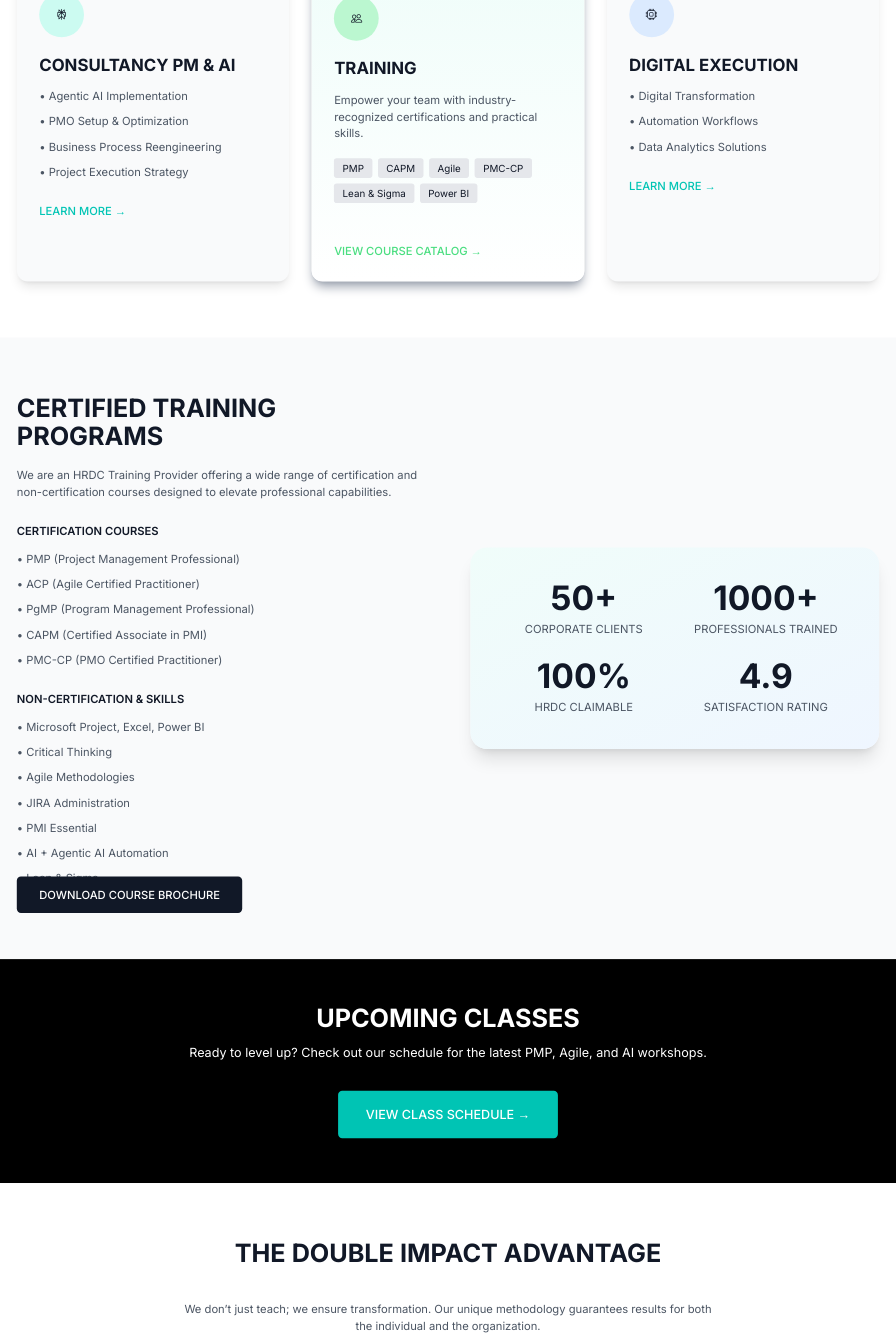
Repository: hsuntariq/web-pages
Page: impact/index.html
These files come from the project's save history. The page is drawn as it stood at one moment and after the next save; the edit follows.
The browser window is 1280 px wide. The pictures show the part of the page from y = 883 to 2803 px (the page is 4097 px tall), at 70% of full size.
Some web libraries are served in a nearby version.

Above is the page before, as saved 2025-12-28 20:31:32.

### impact/index.html
<!DOCTYPE html>
<html lang="en" class="scroll-smooth">
  <head>
    <meta charset="UTF-8" />
    <meta name="viewport" content="width=device-width, initial-scale=1.0" />
    <title>
      Impact Through Execution – HRDC Certified Training Provider Malaysia
    </title>
    <meta
      name="description"
      content="HRDC certified training provider offering PMP, CAPM, Agile, AI in PM, and digital transformation courses in Malaysia. Consultancy, corporate training, and execution solutions."
    />
    <link
      rel="stylesheet"
      href="https://cdn.jsdelivr.net/npm/bootstrap-icons@1.13.1/font/bootstrap-icons.min.css"
    />
    <script src="https://cdn.tailwindcss.com"></script>
    <script>
      tailwind.config = {
        theme: {
          extend: {
            colors: {
              primary: "#00C4B4", // teal for buttons
              accent: "#122F87", // dark blue for accents
            },
          },
        },
      };
    </script>
    <link
      href="https://fonts.googleapis.com/css2?family=Inter:wght@400;500;600;700;800&display=swap"
      rel="stylesheet"
    />
    <style>
      body {
        font-family: "Inter", sans-serif;
      }
    </style>
  </head>
  <body class="bg-white text-gray-900">
    <!-- Navigation -->
    <header class="fixed top-0 left-0 right-0 bg-white shadow-md z-50">
      <nav
        class="max-w-7xl mx-auto px-6 py-4 flex items-center justify-between"
      >
        <div class="text-2xl font-bold text-accent">IMPACT</div>
        <div class="hidden md:flex space-x-8 text-sm font-medium">
          <a href="#services" class="hover:text-primary transition">SERVICES</a>
          <a href="#training" class="hover:text-primary transition">TRAINING</a>
          <a href="#about" class="hover:text-primary transition">ABOUT</a>
          <a href="#contact" class="hover:text-primary transition">CONTACT</a>
        </div>
        <a
          href="#"
          class="bg-primary text-white px-6 py-3 rounded-md font-medium hover:bg-primary/90 transition"
          >GET STARTED</a
        >
      </nav>
    </header>

    <!-- Hero Section -->
    <section class="pt-24 pb-16 bg-gray-50">
      <div
        class="max-w-7xl mx-auto px-6 grid lg:grid-cols-2 gap-12 items-center"
      >
        <div>
          <img
            src="https://precisionwellness.my/wp-content/uploads/2025/06/HRDC_Claimable_Registered_Training_Provider_Logos-scaled.webp"
            alt="HRDC Certified Training Provider"
            class="h-12 mb-6"
          />
          <h1
            class="text-5xl md:text-6xl font-bold text-gray-900 leading-tight"
          >
            IMPACT<br />
            <span
              class="bg-gradient-to-r text-transparent from-teal-500 bg-clip-text to-green-400"
            >
              THROUGH
            </span>
            <br />EXECUTION
          </h1>
          <p
            class="text-lg text-gray-600 border border-l-3 border-teal-400 border-2 border-t-0 border-b-0 border-e-0 ps-5 mt-6 mb-8"
          >
            We bring value that has strong impact to the organization &
            individual through Consultancy, Training, and Digital Execution.
          </p>
          <div class="flex flex-col sm:flex-row gap-4">
            <a
              href="#"
              class="bg-primary text-white px-8 py-4 rounded-md font-medium hover:bg-primary/90 transition"
              >OUR SERVICES</a
            >
            <a
              href="#"
              class="border border-gray-900 text-gray-900 px-8 py-4 rounded-md font-medium hover:bg-gray-900 hover:text-white transition"
              >CONTACT US</a
            >
          </div>
        </div>
        <div class="relative">
          <img
            src="./hero.PNG"
            alt="Agentic AI transforming project management"
            class="rounded-2xl shadow-2xl w-full"
          />
          <!-- <div
            class="absolute top-4 right-4 bg-black text-white px-4 py-2 rounded-md text-sm font-medium"
          >
            AGENTIC AI
          </div> -->
          <!-- <div
            class="absolute bottom-4 left-4 bg-black text-white px-6 py-3 rounded-md font-medium"
          >
            PMO EXPERT<br />Delivering project delivery excellence
          </div> -->
        </div>
      </div>
    </section>

    <!-- Core Capabilities -->
    <section class="py-20 bg-white">
      <div class="max-w-7xl mx-auto px-6">
        <div
          class="grid grid-cols-1 md:grid-cols-2 justify-between items-center"
        >
          <h2 class="text-4xl font-bold text-left mb-12">CORE CAPABILITIES</h2>
          <p class="text-left text-gray-600 mb-16 w-full md:w-1/2 mx-auto">
            Comprehensive solutions designed to transform your business
            operations and empower your workforce.
          </p>
        </div>
        <div class="grid grid-cols-1 md:grid-cols-3 gap-8">
          <!-- Consultancy PM & AI -->
          <div class="bg-gray-50 rounded-2xl p-8 shadow-lg">
            <div
              class="bg-teal-100 w-16 flex justify-center items-center h-16 rounded-full mb-6"
            >
              <i class="bi bi-perplexity"></i>
            </div>
            <h3 class="text-2xl font-bold mb-4">CONSULTANCY PM & AI</h3>
            <ul class="space-y-3 text-gray-600">
              <li>• Agentic AI Implementation</li>
              <li>• PMO Setup & Optimization</li>
              <li>• Business Process Reengineering</li>
              <li>• Project Execution Strategy</li>
            </ul>
            <a
              href="#"
              class="mt-8 inline-block text-primary font-medium hover:underline"
              >LEARN MORE →</a
            >
          </div>
          <!-- Training -->
          <div
            class="bg-gradient-to-b from-teal-50 to-white rounded-2xl shadow-2xl shadow-gray-400 border-e-0 border-s-0 border-b-0 border-[5px] p-8 shadow-lg border border-green-400"
          >
            <div
              class="bg-green-200 w-16 flex justify-center items-center h-16 rounded-full mb-6"
            >
              <i class="bi bi-people"></i>
            </div>
            <h3 class="text-2xl font-bold mb-4">TRAINING</h3>
            <p class="text-gray-600 mb-6">
              Empower your team with industry-recognized certifications and
              practical skills.
            </p>
            <div class="flex flex-wrap gap-2 mb-6">
              <span class="bg-gray-200 px-3 py-1 rounded text-sm">PMP</span>
              <span class="bg-gray-200 px-3 py-1 rounded text-sm">CAPM</span>
              <span class="bg-gray-200 px-3 py-1 rounded text-sm">Agile</span>
              <span class="bg-gray-200 px-3 py-1 rounded text-sm">PMC-CP</span>
              <span class="bg-gray-200 px-3 py-1 rounded text-sm"
                >Lean & Sigma</span
              >
              <span class="bg-gray-200 px-3 py-1 rounded text-sm"
                >Power BI</span
              >
            </div>
            <a
              href="#"
              class="mt-8 inline-block text-green-400 font-medium hover:underline"
              >VIEW COURSE CATALOG →</a
            >
          </div>
          <!-- Digital Execution -->
          <div class="bg-gray-50 rounded-2xl p-8 shadow-lg">
            <div
              class="bg-blue-100 w-16 flex justify-center items-center h-16 rounded-full mb-6"
            >
              <i class="bi bi-cpu"></i>
            </div>
            <h3 class="text-2xl font-bold mb-4">DIGITAL EXECUTION</h3>
            <ul class="space-y-3 text-gray-600">
              <li>• Digital Transformation</li>
              <li>• Automation Workflows</li>
              <li>• Data Analytics Solutions</li>
            </ul>
            <a
              href="#"
              class="mt-8 inline-block text-primary font-medium hover:underline"
              >LEARN MORE →</a
            >
          </div>
        </div>
      </div>
    </section>

    <!-- Certified Training Programs -->
    <section class="py-20 bg-gray-50">
      <div
        class="max-w-7xl mx-auto px-6 grid lg:grid-cols-2 gap-16 items-center"
      >
        <div>
          <h2 class="text-4xl font-bold mb-6">CERTIFIED TRAINING PROGRAMS</h2>
          <p class="text-gray-600 mb-8">
            We are an HRDC Training Provider offering a wide range of
            certification and non-certification courses designed to elevate
            professional capabilities.
          </p>
          <div class="space-y-8">
            <div>
              <h4 class="font-semibold mb-4">CERTIFICATION COURSES</h4>
              <ul class="space-y-3 text-gray-600">
                <li>• PMP (Project Management Professional)</li>
                <li>• ACP (Agile Certified Practitioner)</li>
                <li>• PgMP (Program Management Professional)</li>
                <li>• CAPM (Certified Associate in PMI)</li>
                <li>• PMC-CP (PMO Certified Practitioner)</li>
              </ul>
            </div>
            <div>
              <h4 class="font-semibold mb-4">NON-CERTIFICATION & SKILLS</h4>
              <ul class="space-y-3 text-gray-600">
                <li>• Microsoft Project, Excel, Power BI</li>
                <li>• Critical Thinking</li>
                <li>• Agile Methodologies</li>
                <li>• JIRA Administration</li>
                <li>• PMI Essential</li>
                <li>• AI + Agentic AI Automation</li>
                <li>• Lean & Sigma</li>
              </ul>
            </div>
            <a
              href="#"
              class="bg-gray-900 text-white px-8 py-4 rounded-md font-medium hover:bg-gray-800 transition"
              >DOWNLOAD COURSE BROCHURE</a
            >
          </div>
        </div>
        <div
          class="bg-gradient-to-br from-teal-50 to-blue-50 rounded-3xl p-12 shadow-xl"
        >
          <div class="grid grid-cols-2 gap-8 text-center">
            <div>
              <div class="text-5xl font-bold text-gray-900">50+</div>
              <p class="text-gray-600 mt-2">CORPORATE CLIENTS</p>
            </div>
            <div>
              <div class="text-5xl font-bold text-gray-900">1000+</div>
              <p class="text-gray-600 mt-2">PROFESSIONALS TRAINED</p>
            </div>
            <div>
              <div class="text-5xl font-bold text-gray-900">100%</div>
              <p class="text-gray-600 mt-2">HRDC CLAIMABLE</p>
            </div>
            <div>
              <div class="text-5xl font-bold text-gray-900">4.9</div>
              <p class="text-gray-600 mt-2">SATISFACTION RATING</p>
            </div>
          </div>
        </div>
      </div>
    </section>

    <!-- Upcoming Classes -->
    <section class="py-16 bg-black text-white text-center">
      <div class="max-w-7xl mx-auto px-6">
        <h2 class="text-4xl font-bold mb-4">UPCOMING CLASSES</h2>
        <p class="text-lg mb-10">
          Ready to level up? Check out our schedule for the latest PMP, Agile,
          and AI workshops.
        </p>
        <a
          href="#"
          class="bg-primary text-white px-10 py-5 rounded-md text-lg font-medium hover:bg-primary/90 transition inline-block"
          >VIEW CLASS SCHEDULE →</a
        >
      </div>
    </section>

    <!-- Double Impact Advantage -->
    <section class="py-20 bg-white">
      <div class="max-w-7xl mx-auto px-6">
        <h2 class="text-4xl font-bold text-center mb-12">
          THE DOUBLE IMPACT ADVANTAGE
        </h2>
        <p class="text-center text-gray-600 mb-16 max-w-3xl mx-auto">
          We don’t just teach; we ensure transformation. Our unique methodology
          guarantees results for both the individual and the organization.
        </p>
        <div class="grid lg:grid-cols-2 gap-12 items-center">
          <div class="space-y-12">
            <div class="flex gap-6">
              <div
                class="bg-teal-100 w-16 h-16 rounded-full flex-shrink-0"
              ></div>
              <div>
                <h4 class="font-bold text-xl">AI STUDY COMPANION</h4>
                <p class="text-gray-600">
                  Learning doesn’t stop when the class ends. Our Custom AI tutor
                  helps students study after sessions, reinforcing concepts and
                  answering questions 24/7.
                </p>
              </div>
            </div>
            <div class="flex gap-6">
              <div
                class="bg-teal-100 w-16 h-16 rounded-full flex-shrink-0"
              ></div>
              <div>
                <h4 class="font-bold text-xl">POST-CLASS COACHING</h4>
                <p class="text-gray-600">
                  We provide dedicated coaching sessions to ensure knowledge is
                  applied correctly in the real world, maximizing the ROI for
                  the organization.
                </p>
              </div>
            </div>
            <div class="flex gap-6">
              <div
                class="bg-teal-100 w-16 h-16 rounded-full flex-shrink-0"
              ></div>
              <div>
                <h4 class="font-bold text-xl">DOUBLE THE IMPACT</h4>
                <p class="text-gray-600">
                  By combining cutting-edge tech with human mentorship, we
                  deliver exponential growth. Better skills for the employee,
                  better results for the company.
                </p>
              </div>
            </div>
          </div>
          <div class="relative">
            <div class="bg-gray-900 rounded-3xl p-12 shadow-2xl text-white">
              <div class="flex justify-between items-start mb-8">
                <div class="text-4xl font-bold">100% Success</div>
                <div class="text-yellow-400">★★★★★</div>
              </div>
              <p class="text-2xl font-bold mb-6">PMP Certificate Holder Rate</p>
              <blockquote class="text-lg italic mb-8">
                “I was worried about the PMP exam, but the AI tutor made it a
                breeze! It was actually... fun?”
              </blockquote>
              <p class="font-medium">— John S.</p>
              <blockquote class="text-lg italic mt-8 mb-8">
                “The only thing agile about me before this was how fast I ran
                away from spreadsheets. Now I'm a pro!”
              </blockquote>
              <p class="font-medium">— Amanda L.</p>
              <a
                href="#"
                class="mt-10 inline-block text-primary font-medium hover:underline"
                >SEE MORE SUCCESS STORIES →</a
              >
            </div>
          </div>
        </div>
      </div>
    </section>

    <!-- CTA -->
    <section
      class="py-20"
      style="
        background-image: url('https://thumbs.dreamstime.com/b/creative-glowing-blue-forex-chart-wallpaper-grid-invest-finance-concept-stock-market-chart-business-graph-background-159151545.jpg');
        background-size: cover;
        background-position: center;
      "
    >
      <div class="max-w-7xl mx-auto px-6 text-center text-white">
        <h2 class="text-5xl font-bold mb-6">READY TO MAKE AN IMPACT?</h2>
        <p class="text-xl mb-12">
          Let’s discuss how our consultancy and training solutions can drive
          your organization forward.
        </p>
        <div class="flex flex-col sm:flex-row gap-6 justify-center">
          <a
            href="#"
            class="bg-primary text-white px-10 py-5 rounded-md text-lg font-medium hover:bg-primary/90 transition"
            >GET IN TOUCH</a
          >
          <a
            href="#"
            class="border-2 border-white text-white px-10 py-5 rounded-md text-lg font-medium hover:bg-white hover:text-black transition"
            >VIEW CASE STUDIES</a
          >
        </div>
      </div>
    </section>

    <!-- Footer -->
    <footer class="bg-black text-white py-12">
      <div class="max-w-7xl mx-auto px-6 grid md:grid-cols-4 gap-8">
        <div>
          <div class="text-3xl font-bold mb-4">IMPACT</div>
          <p class="text-sm text-gray-400">
            We bring value that has strong impact to the organization &
            individual through Consultancy, Training, and Digital Execution.
          </p>
        </div>
        <div>
          <h4 class="font-bold mb-4">SERVICES</h4>
          <ul class="space-y-2 text-sm text-gray-400">
            <li>Consultancy PM & AI</li>
            <li>Corporate Training</li>
            <li>Digital Execution</li>
            <li>Business Process Reengineering</li>
          </ul>
        </div>
        <div>
          <h4 class="font-bold mb-4">COMPANY</h4>
          <ul class="space-y-2 text-sm text-gray-400">
            <li>About Us</li>
            <li>Contact</li>
            <li>Careers</li>
            <li>Privacy Policy</li>
          </ul>
        </div>
        <div class="text-right">
          <p class="text-sm text-gray-400">
            © 2025 Impact. All rights reserved.
          </p>
          <p class="text-xs text-gray-500 mt-4">
            HRDC Training Provider Certified
          </p>
        </div>
      </div>
    </footer>
  </body>
</html>

After the next save:
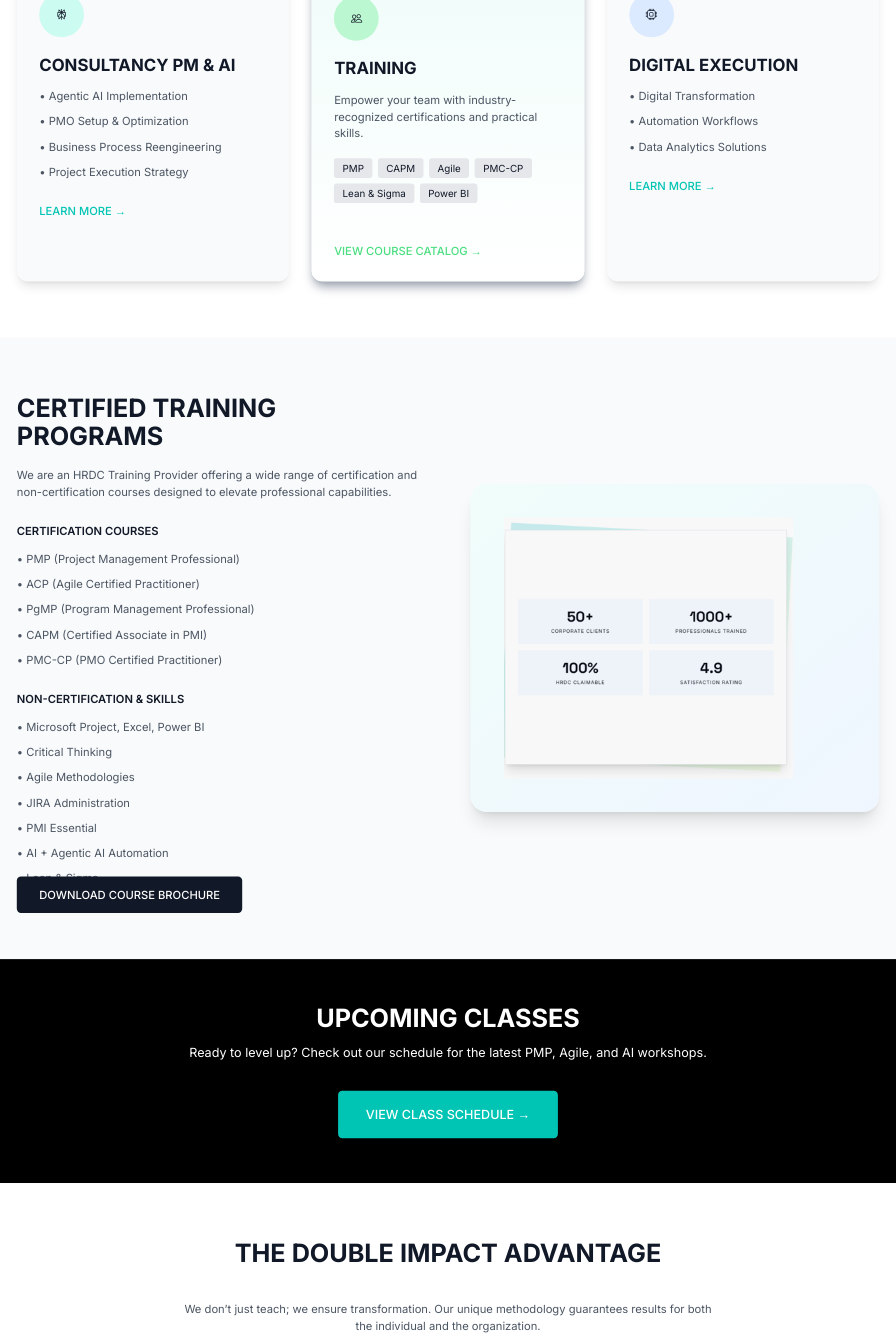
Saved 76 s later.
--- a/impact/index.html
+++ b/impact/index.html
@@ -252,24 +252,7 @@
         <div
           class="bg-gradient-to-br from-teal-50 to-blue-50 rounded-3xl p-12 shadow-xl"
         >
-          <div class="grid grid-cols-2 gap-8 text-center">
-            <div>
-              <div class="text-5xl font-bold text-gray-900">50+</div>
-              <p class="text-gray-600 mt-2">CORPORATE CLIENTS</p>
-            </div>
-            <div>
-              <div class="text-5xl font-bold text-gray-900">1000+</div>
-              <p class="text-gray-600 mt-2">PROFESSIONALS TRAINED</p>
-            </div>
-            <div>
-              <div class="text-5xl font-bold text-gray-900">100%</div>
-              <p class="text-gray-600 mt-2">HRDC CLAIMABLE</p>
-            </div>
-            <div>
-              <div class="text-5xl font-bold text-gray-900">4.9</div>
-              <p class="text-gray-600 mt-2">SATISFACTION RATING</p>
-            </div>
-          </div>
+          <img src="./programs.PNG" alt="" />
         </div>
       </div>
     </section>
